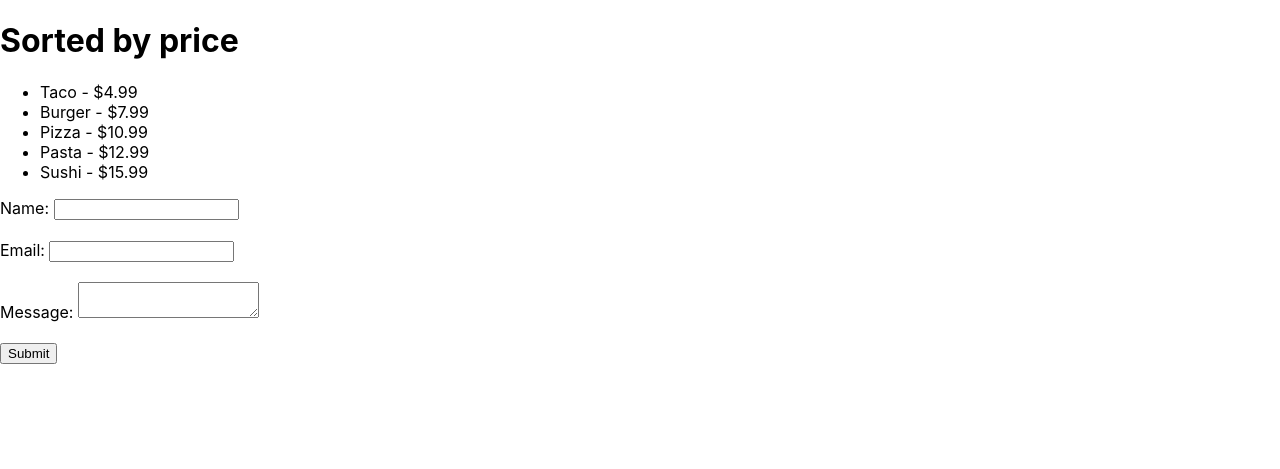
Repository: badhon252/Fullstack-Rect
Page: /
These files come from the project's save history. The page is drawn as it stood at one moment and after the next save; the edit follows.
The browser window is 1280 px wide. The pictures show the whole page.
The project was rebuilt for these pictures with package versions that can differ from the ones it lists, and the page was loaded fresh each time. Also part of the build but not shown: src/App.css.

Above is the page before, as saved 2023-04-13 16:49:47.

After the next save:
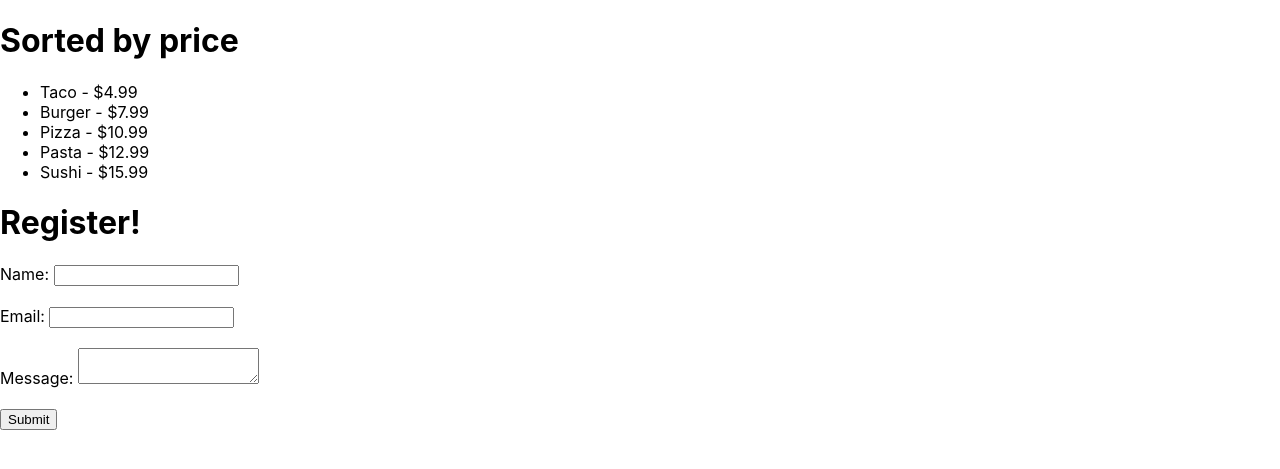
Saved 5 min 22 s later.
--- a/src/App.js
+++ b/src/App.js
@@ -56,6 +56,7 @@ function App() {
       <ul>{listItem}</ul>
 
       <form onSubmit={handleSubmit}>
+        <h1>Register!</h1>
         <label htmlFor="name">Name: </label>
         <input type="text" id="name" name="name" />
         <br />
